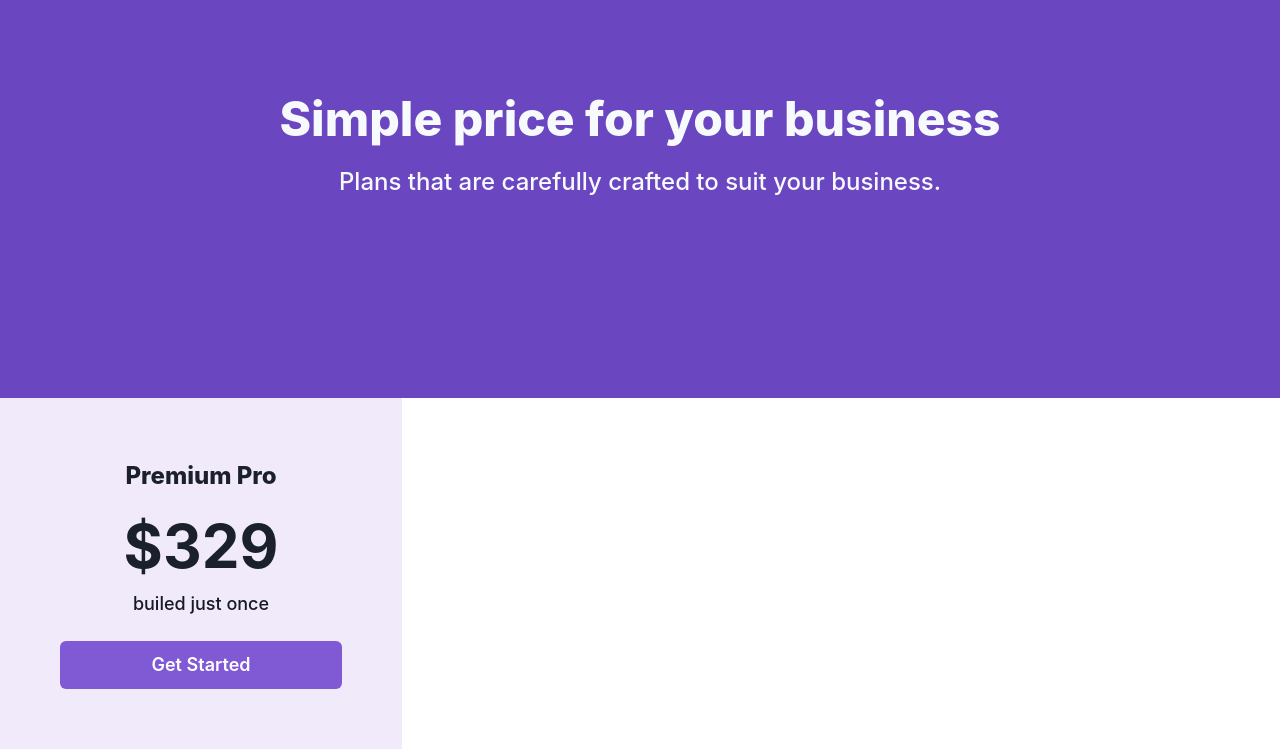
Repository: noutijo/learn-in-depth-chakra-ui
Page: /
The author's editor kept a copy of each file at every save. The page is drawn from the files as they stood at one save, then again after the next save.
The browser window is 1280 px wide. The pictures show the whole page.
The project was rebuilt for these pictures with package versions that can differ from the ones it lists, and the page was loaded fresh each time. Also part of the build but not shown: vite.config.ts.

Above is the page before, as saved 2023-01-30 15:42:03.

After the next save:
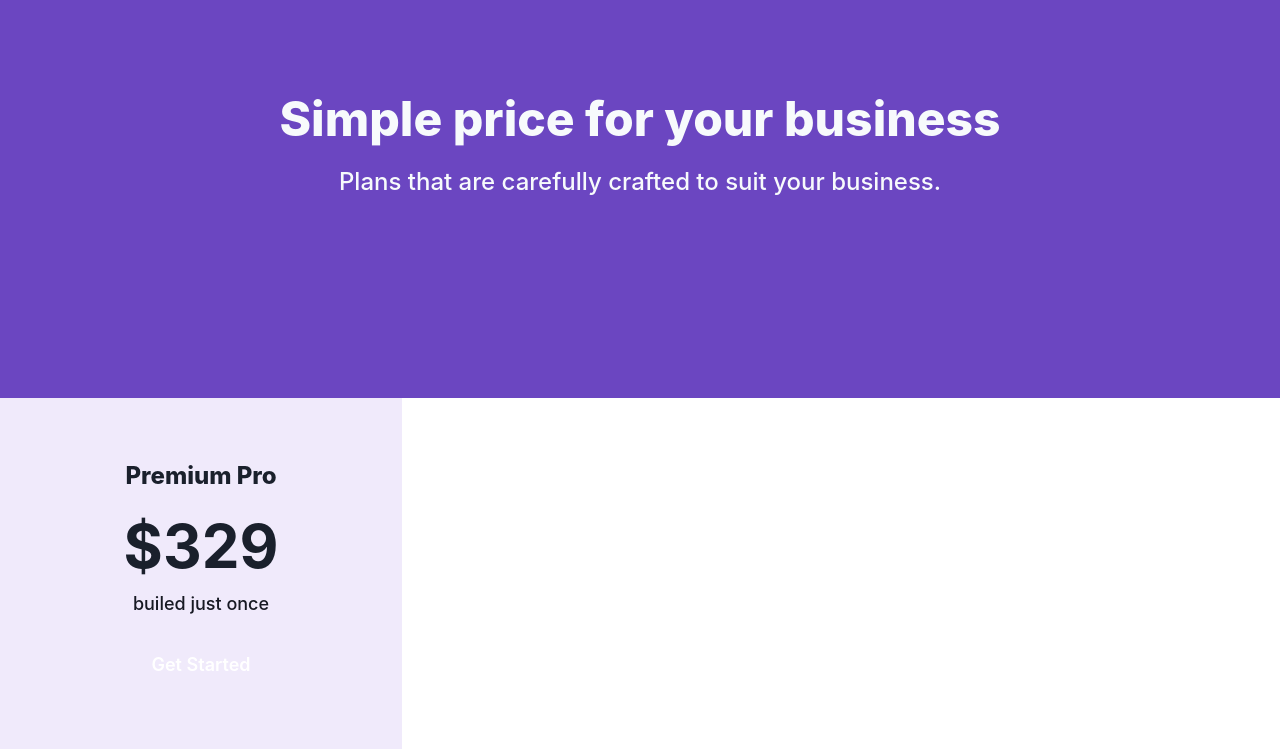
Saved 3 min 12 s later.
--- a/src/components/Pricing.tsx
+++ b/src/components/Pricing.tsx
@@ -9,7 +9,7 @@ export function Pricing() {
             <Text fontSize="24px" fontWeight="800">Premium Pro</Text>
             <Heading as="h3" fontSize="60px" mt="16px">$329</Heading>
             <Text fontSize="18px" fontWeight="500" color="#171923" mt="8px">builed just once</Text>
-            <Button colorScheme="purple" size={"lg"} w="282px" mt="24px">Get Started</Button>
+            <Button colorScheme="#120E19" size={"lg"} w="282px" mt="24px">Get Started</Button>
         </Box>
         <Box></Box>
       </Flex>
